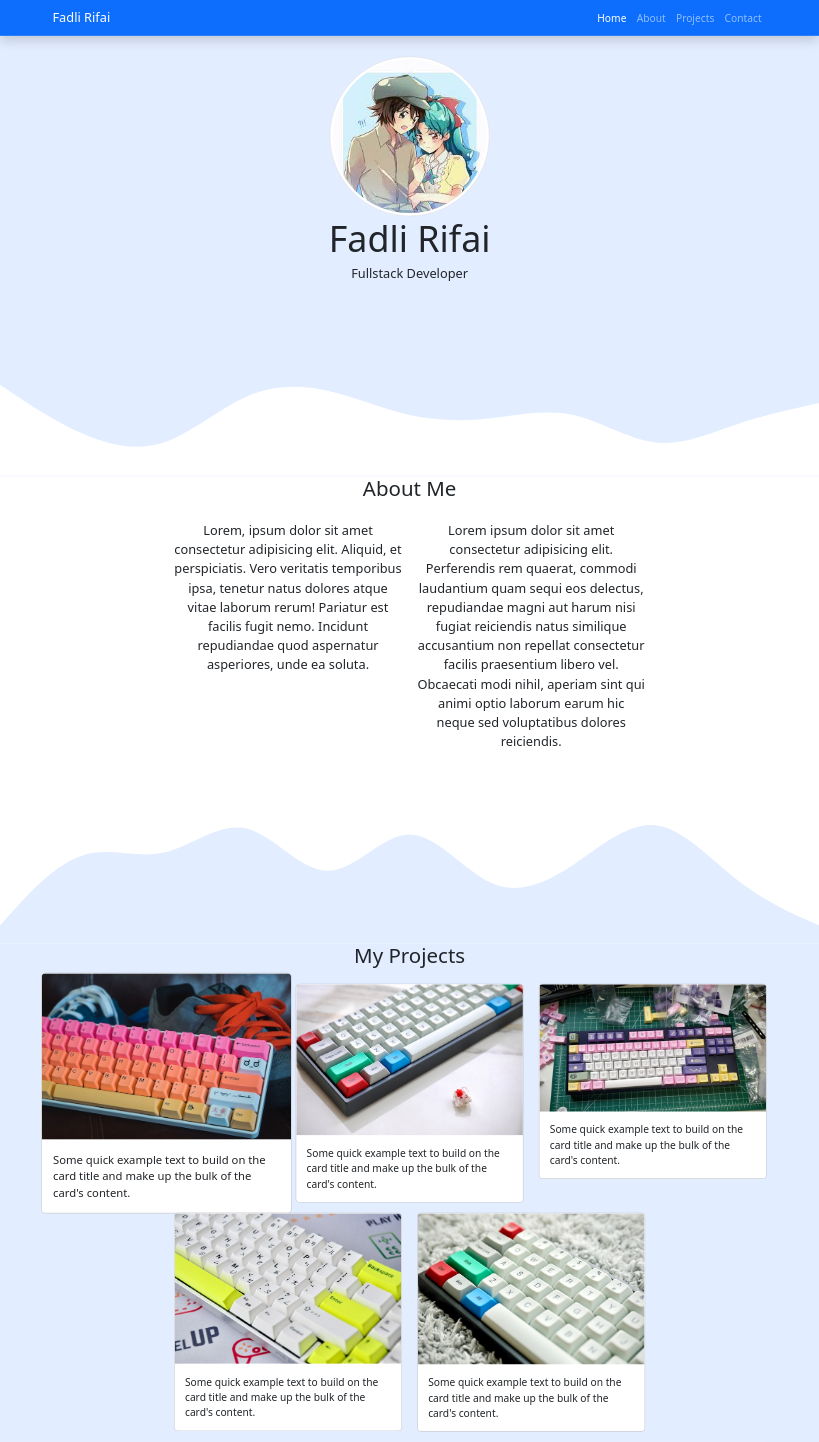
Repository: fadlyyy/fadli-dev.github.io
Page: index.html
These files come from the project's save history. The page is drawn as it stood at one moment and after the next save; the edit follows.
The browser window is 1280 px wide. The pictures show the whole page, at 64% of full size.
The pointer rests on the first visible `#projects .child`.

Above is the page before, as saved 2024-01-19 13:34:37.

After the next save:
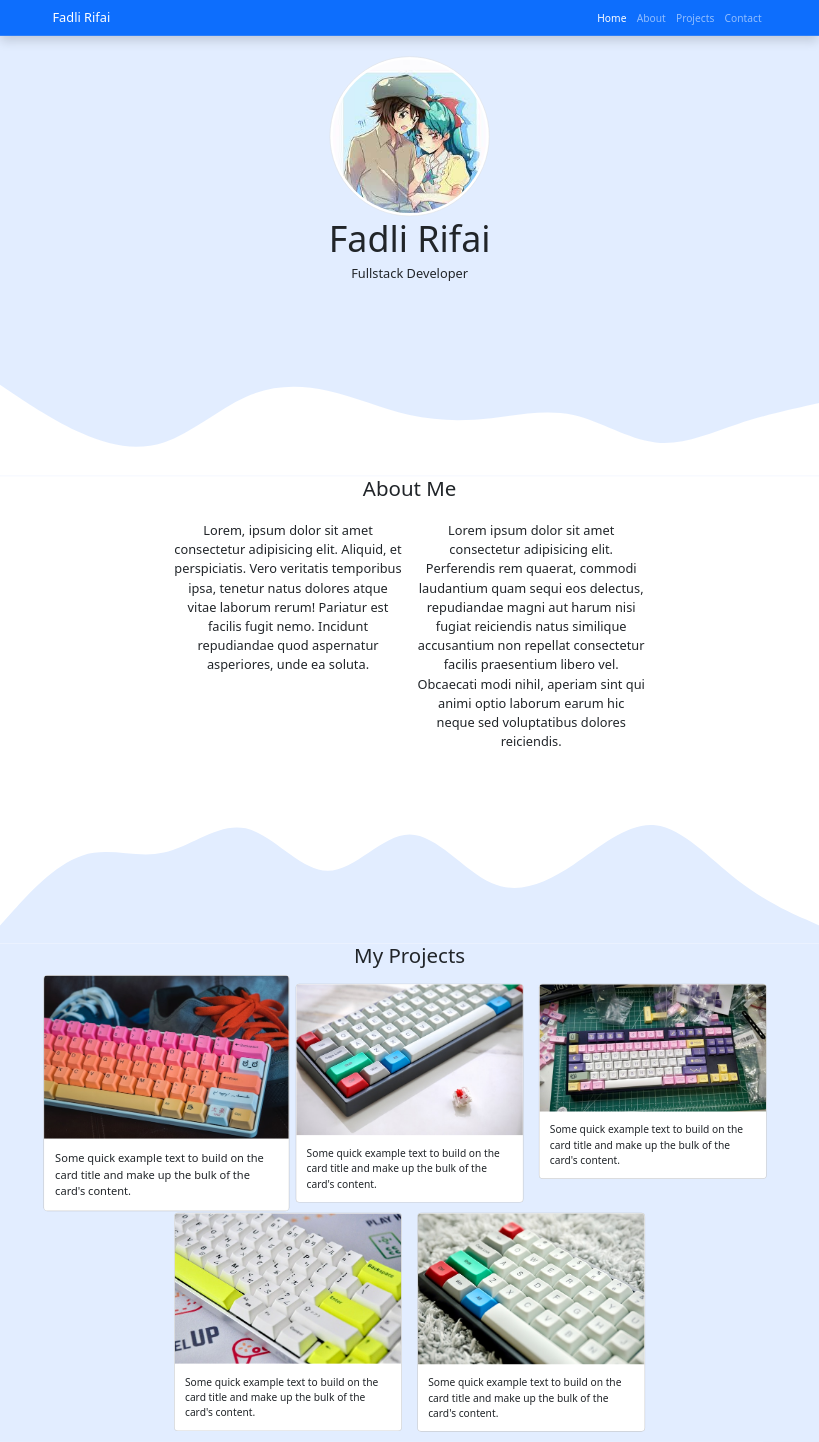
Saved 12 s later.
--- a/style.css
+++ b/style.css
@@ -12,5 +12,5 @@ body {
 }
 
 #projects .child:hover {
-  scale: 1.1;
+  scale: 1.08;
 }
